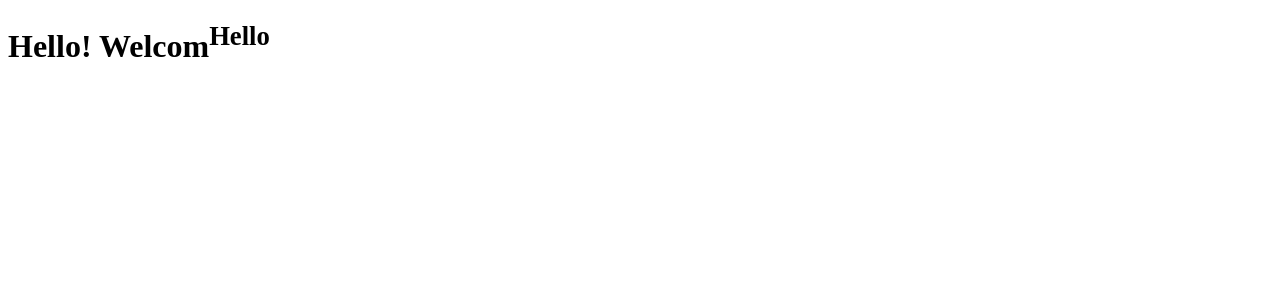
Repository: Haakim19/WebDevelopment
Page: Main.html
These files come from the project's save history. The page is drawn as it stood at one moment and after the next save; the edit follows.
The browser window is 1280 px wide. The pictures show the whole page.

Above is the page before, as saved 2024-10-02 14:07:27.

### Main.html
<!DOCTYPE html>
<html lang="en">
<head>
    <meta charset="UTF-8">
    <meta name="viewport" content="width=device-width, initial-scale=1.0">
    <title>Web Development Module</title>
</head>
<body>
    <h1>Hello! Welcom<sup>Hello</sup></h1>

</body>
</html>

After the next save:
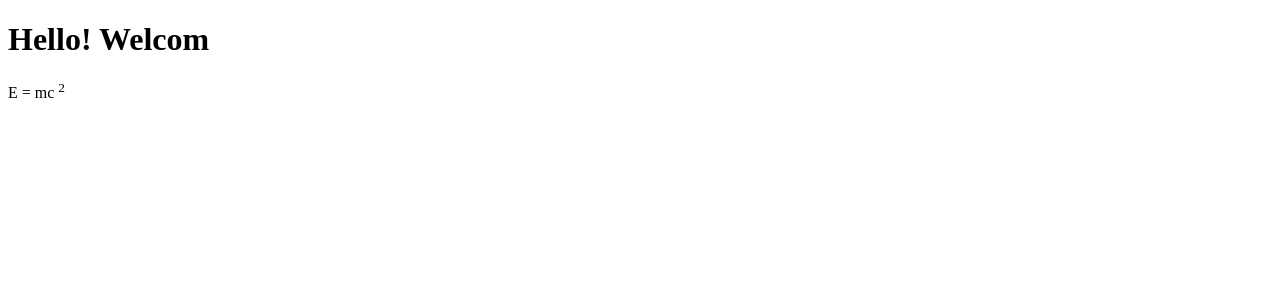
Saved 39 s later.
--- a/Main.html
+++ b/Main.html
@@ -6,7 +6,7 @@
     <title>Web Development Module</title>
 </head>
 <body>
-    <h1>Hello! Welcom<sup>Hello</sup></h1>
-
+    <h1>Hello! Welcom</h1>
+    <p>E = mc <sup>2</sup></p>
 </body>
 </html>
